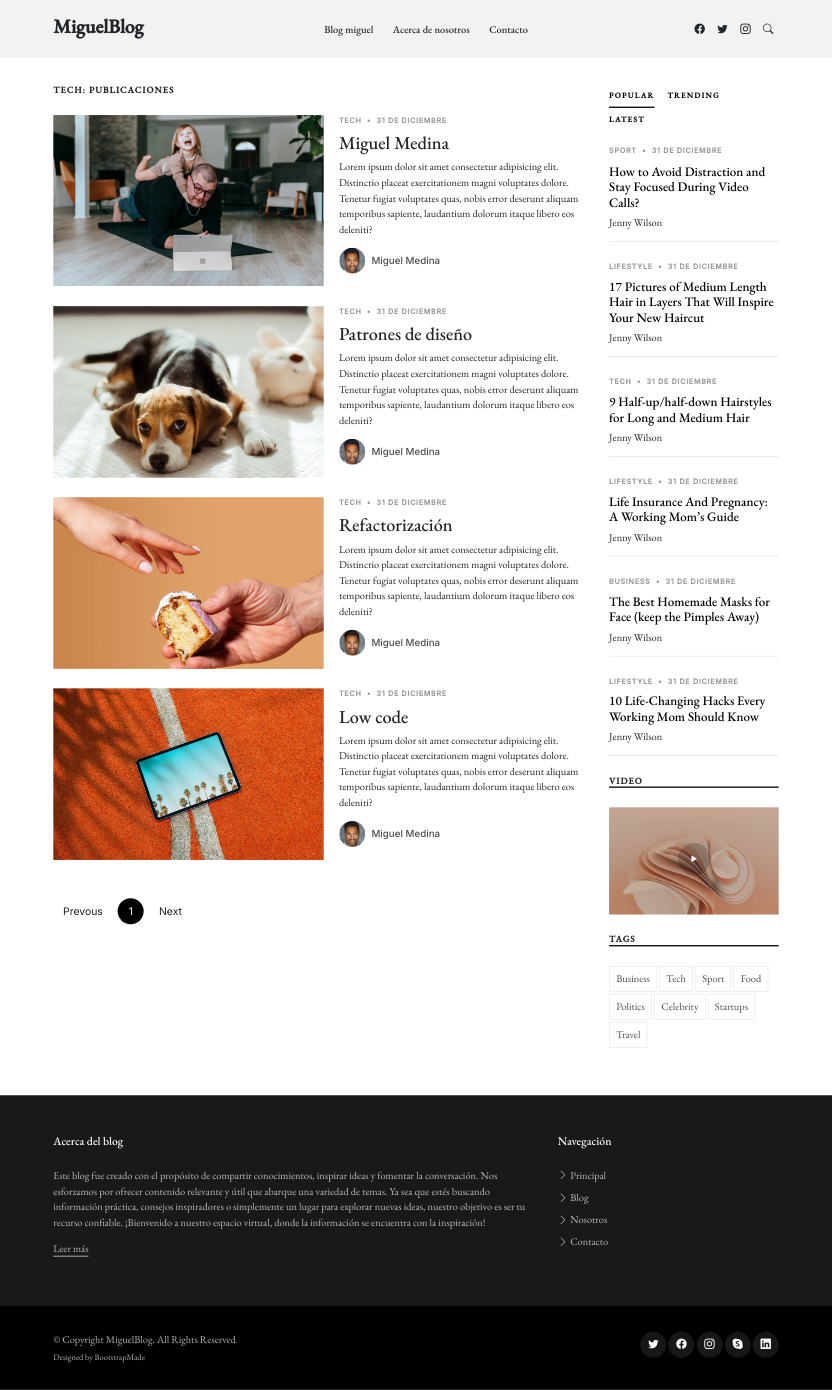
Repository: MiguelDev5/blog-miguel
Page: index.html
An editor plug-in stored every save of this project. The page is shown before and after the next save, followed by the edit.
The browser window is 1280 px wide. The pictures show the whole page, at 65% of full size.
Some web fonts or font styles are not loaded; a fallback is used.

Above is the page before, as saved 2024-01-01 13:38:22.

After the next save:
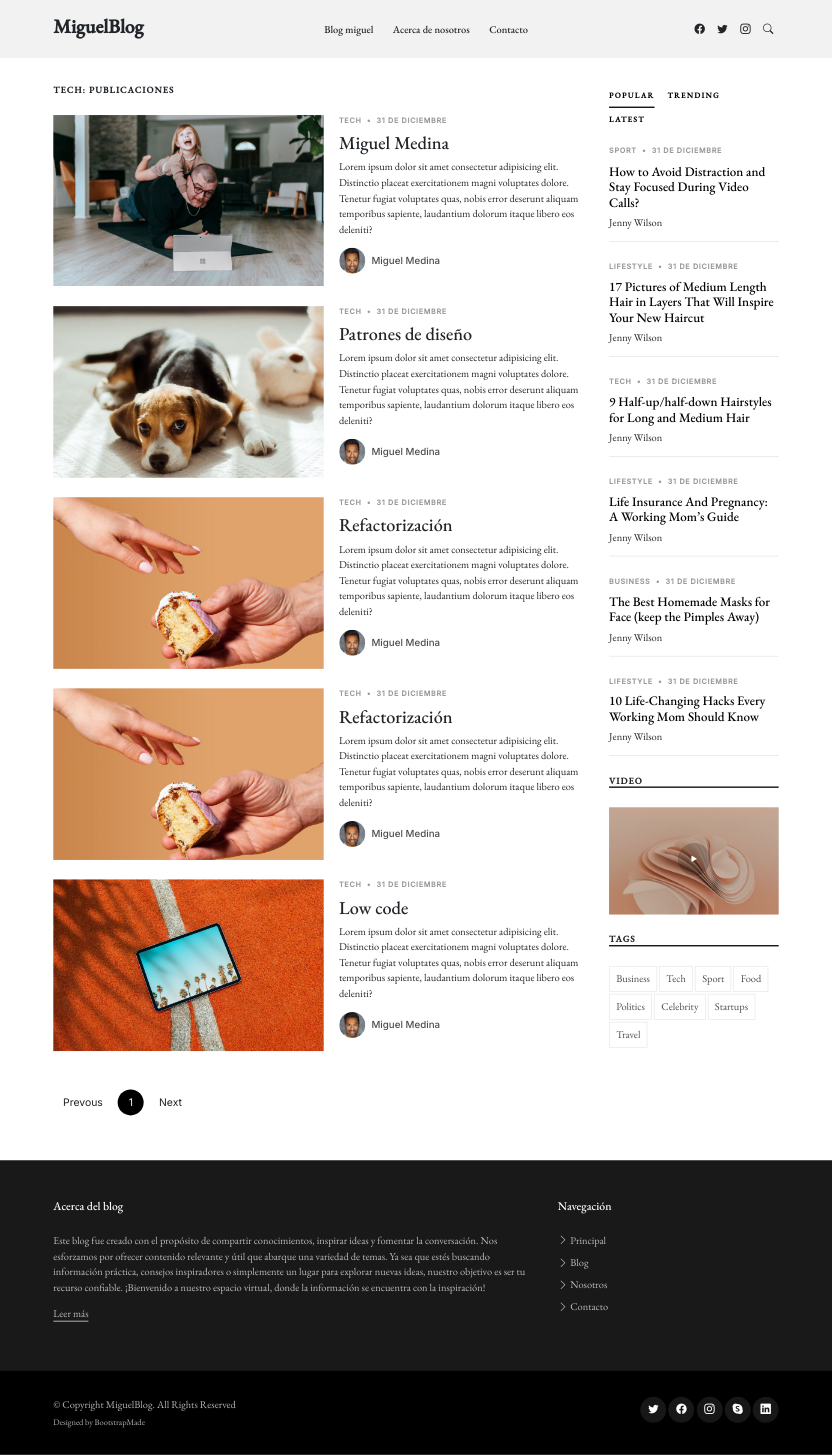
Saved 33 s later.
--- a/index.html
+++ b/index.html
@@ -113,6 +113,23 @@
               <div>
                 <div class="post-meta"><span class="date">Tech</span> <span class="mx-1">&bullet;</span> <span>31 de Diciembre</span></div>
                 <h3><a href="single-post.html">Patrones de diseño</a></h3>
+                <p>Lorem ipsum dolor sit amet consectetur adipisicing elit. Distinctio placeat exercitationem magni voluptates dolore. Tenetur fugiat voluptates quas, nobis error deserunt aliquam temporibus sapiente, laudantium dolorum itaque libero eos deleniti?</p>
+                <div class="d-flex align-items-center author">
+                  <div class="photo"><img src="assets/img/person-2.jpg" alt="" class="img-fluid"></div>
+                  <div class="name">
+                    <h3 class="m-0 p-0">Miguel Medina</h3>
+                  </div>
+                </div>
+              </div>
+            </div>
+
+            <div class="d-md-flex post-entry-2 half">
+              <a href="single-post.html" class="me-4 thumbnail">
+                <img src="assets/img/post-landscape-2.jpg" alt="" class="img-fluid">
+              </a>
+              <div>
+                <div class="post-meta"><span class="date">Tech</span> <span class="mx-1">&bullet;</span> <span>31 de Diciembre</span></div>
+                <h3><a href="single-post.html">Refactorización</a></h3>
                 <p>Lorem ipsum dolor sit amet consectetur adipisicing elit. Distinctio placeat exercitationem magni voluptates dolore. Tenetur fugiat voluptates quas, nobis error deserunt aliquam temporibus sapiente, laudantium dolorum itaque libero eos deleniti?</p>
                 <div class="d-flex align-items-center author">
                   <div class="photo"><img src="assets/img/person-2.jpg" alt="" class="img-fluid"></div>
